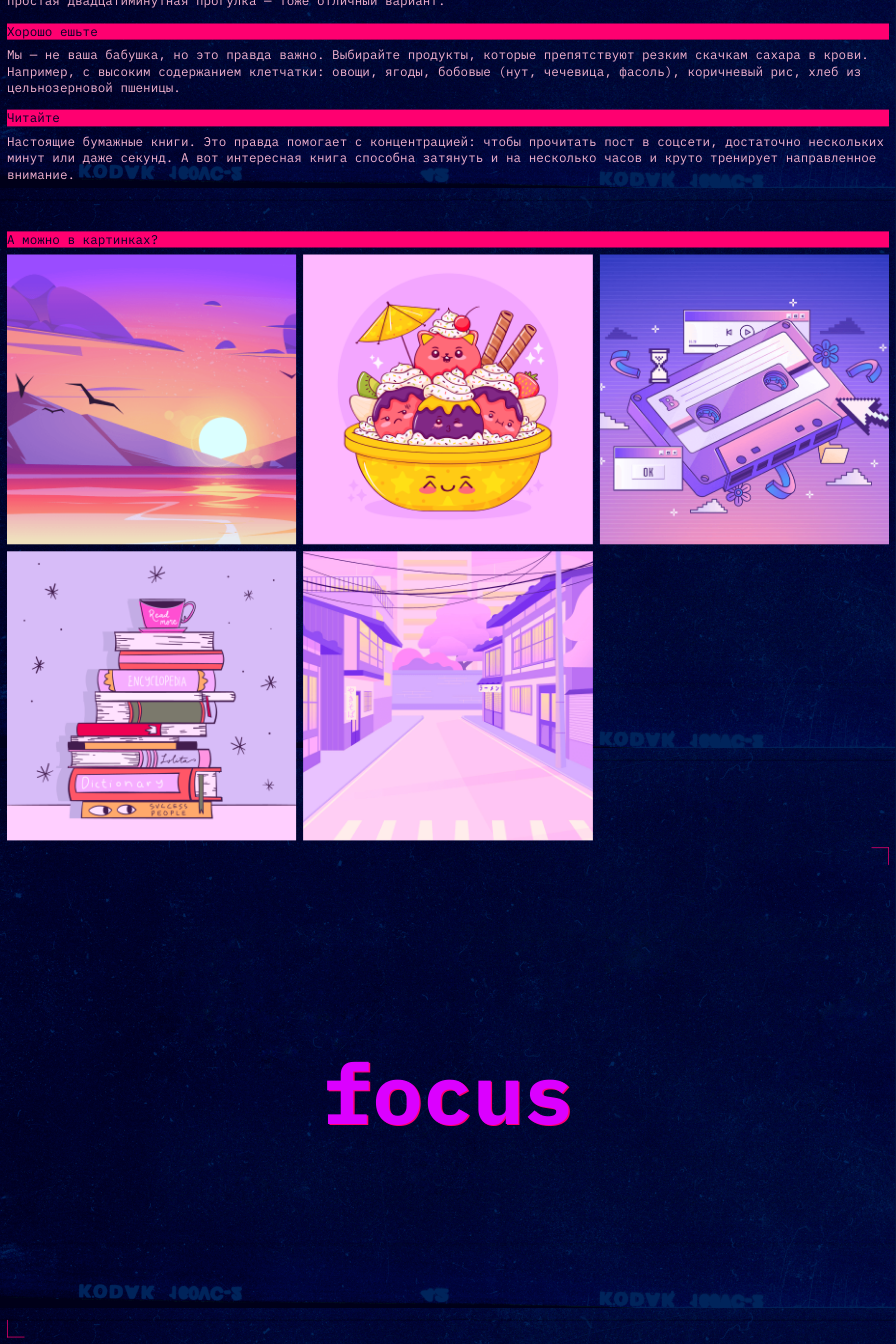
Repository: NikWolf75/slozhno-sosredotochitsya-fd
Page: index.html
These files come from the project's save history. The page is drawn as it stood at one moment and after the next save; the edit follows.
The browser window is 1280 px wide. The pictures show the part of the page from y = 2132 to 4052 px (the page is 4052 px tall), at 70% of full size.
Backgrounds fixed to the window are drawn as part of the page.

Above is the page before, as saved 2025-02-27 12:15:11.

### index.html
<!DOCTYPE html>
<html lang="ru">
  <head>
    <meta charset="UTF-8" />
    <meta http-equiv="X-UA-Compatible" content="IE=edge" />
    <meta name="viewport" content="width=device-width, initial-scale=1.0" />
    <meta name="color-scheme" content="dark light" />
    <link rel="stylesheet" href="/fonts/fonts.css" />
    <link rel="stylesheet" href="/styles/globals.css" />
    <link rel="stylesheet" href="/styles/variables.css" />
    <link rel="stylesheet" href="/styles/style.css" />
    <link rel="stylesheet" href="/styles/dark.css" />
    <link rel="stylesheet" href="/styles/light.css" />
    <link rel="icon" href="image/favicon.ico" />
    <title>Сложно сосредоточиться</title>
    <script src="./scripts/script.js"></script>
  </head>
  <body class="page">
    <div class="rec_element" aria-hidden="true"></div>
    <header class="header decorated-zone">
      <nav class="header__theme-menu">
        <ul class="header__theme-menu-list">
          <li class="header__theme-menu-item">
            <button
              class="header__theme-menu-button header__theme-menu-button_type_light"
            >
              День
            </button>
          </li>
          <li class="header__theme-menu-item">
            <button
              class="header__theme-menu-button header__theme-menu-button_active header__theme-menu-button_type_auto"
              disabled
            >
              Авто
            </button>
          </li>
          <li class="header__theme-menu-item">
            <button
              class="header__theme-menu-button header__theme-menu-button_type_dark"
            >
              Неон
            </button>
          </li>
        </ul>
      </nav>
      <h1 class="header__title">no focus</h1>
      <div class="header__undertitle title-decor">
        <p>Что делать, когда не можешь делать ничего</p>
        <p>
          Или почему нам так сложно сконцентрироваться, особенно когда очень
          надо
        </p>
      </div>
    </header>
    <main class="content">
      <section class="content__section content__why">
        <h2 class="content__section-title"> Почему сосредоточиться так сложно
        </h2>
        <article class="content__section-text_block">
          <h3 class="content__section-text_block-undertitle title-decor">
            Многозадачность
          </h3>
          <p class="content__section-text_block-text">
            Особенно сложно сосредоточиться, когда задач много и все они —
            важные. Где же легендарная многозадачность, когда она так нужна вам
            (и всем нанимающим менеджерам этого мира)? А дело в том, что её
            просто не существует. Исследователи
            <a class="link-text" href="#0">выяснили</a>,
            что мозгу тяжело концентрироваться даже на двух делах одновременно.
            А когда в поле внимания попадает несколько важных задач, организм
            паникует и выделяет кортизол и адреналин — «гормоны стресса».
            Из-за этого мы работаем невнимательно: ошибаемся и быстро устаём.
          </p>
        </article>
        <article class="content__section-text_block">
          <h3 class="content__section-text_block-undertitle title-decor">
            Дофамин
          </h3>
          <p class="content__section-text_block-text">
            С гормонами стресса всё понятно, но дальше — ещё интереснее. В нашей
            невозможности сосредоточиться замешана и полная противоположность
            стрессу — дофамин. Это вещество участвует в системе вознаграждения
            мозга. Причём тут он? Мы часто отвлекаемся от важной задачи на
            что-то более «приятное» для мозгов. Например, смотрим лайки в
            соцсетях. В это время и выделяется дофамин — и мы чувствуем
            удовольствие. Получается замкнутый круг: чем больше отвлекаешься,
            тем больше удовольствия получаешь.
          </p>
        </article>
      </section>
      <section class="content__section content__what">
        <h2 class="content__section-title">
          Что снижает концентрацию внимания?
        </h2>
        <article class="content__section-text_block">
          <h3 class="content__section-text_block-undertitle title-decor">
            Многозадачность
          </h3>
          <p class="content__section-item-text">
            Как концентрация может снижаться из-за… концентрации? Любая
            стрессовая ситуация (и резко меняющийся мир в целом) заставляет наш
            мозг постоянно «сканировать» окружающую среду на предмет опасности.
            Например, читать новости вместо работы. Но быть собранными всё время
            — невозможно. Концентрация — мышца, и она может не выдержать, если
            не давать ей отдохнуть.
          </p>
        </article>
        <article class="content__section-text_block">
          <h3 class="content__section-text_block-undertitle title-decor">
            Еда
          </h3>
          <p class="content__section-text_block-text">
            «Быстрые углеводы» — сахар, белый хлеб, сладости — молниеносно
            доставляют в мозг энергию и помогают ему лучше работать. Но уходит
            эта энергия также быстро, как и приходит. А мы в результате попадаем
            на «углеводные качели»: как только действие «быстрых углеводов»
            заканчивается, мы чувствуем усталость и сонливость. И хотим ещё
            больше быстрых углеводов.
          </p>
        </article>
        <article class="content__section-text_block">
          <h3 class="content__section-text_block-undertitle title-decor">
            Гаджеты
          </h3>
          <p class="content__section-text_block-text">
            Да-да, это та самая ситуация, когда на экране ноутбука — код, в
            наушниках — подкаст, а на компьютере фоном — ещё и видео с забавными
            утятами. В результате мозг пытается переключиться с одной задачи на
            другую — и просто не может. А чтобы вернуться к состоянию полной
            концентрации, человеку в среднем нужно 20 минут. Вот и получается,
            что чем больше времени мы проводим в гаджетах, тем больше времени
            затем нужно, чтобы вернуться к работе.
          </p>
        </article>
      </section>
      <section class="content__section content_how">
        <h2 class="content__section-title">
          Как концентрироваться лучше, чем золотая рыбка (то есть дольше трёх
          секунд)
        </h2>
        <article class="content__section-text_block">
          <h3
            class="content__section-text_block-undertitle tips-undertitle title-decor"
          >
            5 простых (на самом деле не очень) советов
          </h3>
          <h4 class="content__section-text_block-undertitle title-decor">
            Представьте небо и облака
          </h4>
          <p class="content__section-text_block-text">
            Или листья в ручье. Тут дело в лёгкой медитации, которая помогает
            успокоиться. Ведь часто именно тревожные мысли о сложных задачах как
            раз и мешают эти сложные задачи делать. В такие моменты можно
            закрыть глаза и представить, что чистое небо — это вы, а облака —
            тревожные мысли. И сколько бы их ни было — ясное небо всегда будет
            где-то там, за тучами, и никуда не денется. Это упражнение поможет
            вернуться в настоящий момент, а не волноваться о потенциальных
            проблемах из будущего.
          </p>
        </article>
        <article class="content__section-text_block">
          <h4 class="content__section-text_block-undertitle title-decor">
            Включите музыку
          </h4>
          <p class="content__section-text_block-text">
            Но не любую, и не любимую. Любимая может быть связана с сильными
            положительными эмоциями, которые тоже очень сильно отвлекают.
            Подойдёт тихая, спокойная, умеренно-ритмичная. Можно вообще
            попробовать включить плейлист с «белым шумом» или нейромузыкой.
          </p>
        </article>
        <article class="content__section-text_block">
          <h4 class="content__section-text_block-undertitle title-decor">
            Прогуляйтесь
          </h4>
          <p class="content__section-text_block-text">
            Или даже пробегитесь. Лучше найти парк или лес: один эксперимент
            <a class="link-text" href="#0">показал</a>, что созерцание природы повышает концентрацию, в то время
            как после просмотра городских пейзажей она наоборот понижается.
            Можно совместить прогулку с физическими упражнениями или бегом — так
            в мозг поступит ещё больше кислорода и он будет лучше работать. Но и
            простая двадцатиминутная прогулка — тоже отличный вариант.
          </p>
        </article>
        <article class="content__section-text_block">
          <h4 class="content__section-text_block-undertitle title-decor">
            Хорошо ешьте
          </h4>
          <p class="content__section-text_block-text">
            Мы — не ваша бабушка, но это правда важно. Выбирайте продукты,
            которые препятствуют резким скачкам сахара в крови. Например, с
            высоким содержанием клетчатки: овощи, ягоды, бобовые (нут, чечевица,
            фасоль), коричневый рис, хлеб из цельнозерновой пшеницы.
          </p>
        </article>
        <article class="content__section-text_block">
          <h4 class="content__section-text_block-undertitle title-decor">
            Читайте
          </h4>
          <p class="content__section-text_block-text">
            Настоящие бумажные книги. Это правда помогает с концентрацией: чтобы
            прочитать пост в соцсети, достаточно нескольких минут или даже
            секунд. А вот интересная книга способна затянуть и на несколько
            часов и круто тренирует направленное внимание.
          </p>
        </article>
      </section>
      <section class="content__section content__gallery">
        <h2 class="content__section-text_block-undertitle title-decor">
          А можно в картинках?
        </h2>
        <div class="content__section-images_gallery">
          <img
            class="content__section-image"
            src="./images/sunset.png"
            alt="Вид острова на закате"
            loading="lazy"
          />
          <img
            class="content__section-image"
            src="./images/ice-cream.png"
            alt="Чаша с мороженным"
            loading="lazy"
          />
          <img
            class="content__section-image"
            src="./images/tape.png"
            alt="Кассета"
            loading="lazy"
          />
          <img
            class="content__section-image"
            src="./images/books.png"
            alt="Стопка книг"
            loading="lazy"
          />
          <img
            class="content__section-image"
            src="./images/street.png"
            alt="Улица"
            loading="lazy"
          />
        </div>
      </section>
    </main>
    <footer class="footer decorated-zone">
      <h2 class="footer__title">focus</h2>
    </footer>
  </body>
</html>

### styles/variables.css
:root {
  --title-color: #ff0070;
  --main-font: 'IBM Plex mono';
  --main-font-size: 18px;
  --title-font-weight: 700;
  --text-font-weight: 400;
  --main-padding-small: 10px;
}

### styles/style.css
.page {
  font-family: var(--main-font, 'IBM Plex mono');
  font-size: var(--main-font-size, 18px);
  block-size: min-content;
  position: relative;
  font-weight: 400;
  background-color: var(--main-background-color, #000028 );
  background-image: var(--main-background-image, url("../images/cover-image-dark.png"));
  background-repeat: no-repeat;
  background-attachment: fixed;
  background-position: center;
  background-size: cover;
  line-height: 1.3em;
  color: var(--main-font-color, #F1B2CE);
 }

.decorated-zone {
  position: relative;
}

.decorated-zone::after,
.decorated-zone::before {
  position: absolute;
  inline-size: 25px;
  block-size: 25px;
  content: "";
  border: 1px solid var(--corner-color);
}

.decorated-zone::after {
  bottom: 10px;
  left: 10px;
  border-bottom: 1px solid var(--rectangle-color, #ff0070);
  border-left: 1px solid var(--rectangle-color, #ff0070);
}

.decorated-zone::before {
  top: 10px;
  right: 10px;
  border-top: 1px solid var(--rectangle-color, #ff0070);
  border-right: 1px solid var(--rectangle-color, #ff0070);
}

.rec_element {
  position: absolute;
  display: flex;
  align-items: center;
  justify-content: center;
  top: 10px;
  right: 20px;
  color: var(--rec-theme-color, #ff0070);
  gap: 10px;
}

.rec_element:before {
  content: "REC";
}

.rec_element:after {
  display: block;
  content: "";
  border-radius: 50%;
  background: var(--accent-color, #ff0070);
  width: 10px;
  height: 10px;
  box-shadow: 0 0 4px 2px var(--accent-color, #ff0070)
}

.header {
  display: grid;
  grid-template-columns: 1fr;
  grid-template-rows: 1fr min-content 1fr;
  align-items: center;
  position: relative;
  block-size: min(668px, 100vh);
  padding: var(--main-padding-small, 10px);
  margin-block-end: 40px;
 }

.header__theme-menu-list {
  display: flex;
  flex-direction: column;
  align-items: end;
  block-size: 100%;
  row-gap: 10px;
}

.header__theme-menu-button {
  text-align: center;
  background: transparent;
  color: var(--button-text-color);
  border: none;
  text-transform: lowercase;
  padding-right: 13px;
  padding-left: 13px;
}

.header__theme-menu-bitton:hover {
  outline: 1px solid var(--button-outline-color)
}

.header__theme-menu-button_active {
  outline: 1px solid var(--button-theme-color, #ff0070);
}

.header__theme-menu-button:focus {
  outline: none;
  text-decoration: underline;
}

.header__title {
  font-size: clamp(7.25rem, 7.0115rem + 1.0178vw, 7.5rem);
  line-height: 83%;
  color: var(--accent-color-title, #db00ff);
  text-shadow: 4px 4px 0 var(--accent-color, #ff0070);
  cursor: default;
}

.header__undertitle {
  font-size: var(--main-font), monospace;
  font-weight: var(--title-font-weight, 700);
  border-bottom: none;
  border-left: none;
}

.title-decor {
  color: var(--undertitle-color, #000028);
  background-color: var(--title-color, #ff0070);
}

.content {
  display: grid;
  padding: 0 var(--main-padding-small, 10px);
  grid-template-columns: 1fr;
  gap: 50px;
}

.content__section {
  display: grid;
  grid-template-columns: 1fr;
  row-gap: 20px;
}

.content__section-title {
  justify-self: start;
  color: var(--title-color, #ff0070);
}

.content__section-text_block-undertitle,
.content__section-title {
  font-size: var(--main-font-size, 18px);
  font-weight: var(--title-font-weight, 700);
}

.content__section-text_block-undertitle {
  margin-block-end: 10px;
  height: min-content;
}

.content__section-text_block-text {
  font-weight: var(--text-font-weight, 400);
}

.link-text {
  text-decoration: none;
  text-shadow: 2px 1px var(--accent-color, #ff0070);
}

.link-text:hover {
  cursor: pointer;
  border-block-end: 1px solid currentColor;
}

.link-text:focus-visible {
  border: 1px solid currentColor;
}

.content_how,
.tips-undertitle {
  font-weight: var(--title-font-weight, 400);
  margin-block-end: 20px;
}

.content__how,
.content__section-text_block-undertitle {
  font-weight: 400;
}

.content__gallery {
  gap: 0;
}

.content__section-images_gallery {
  display: grid;
  grid-template-columns: repeat(auto-fill, minmax(355px, 1fr));
  gap: 10px;
  inline-size: 100%;
}

.content__section-image {
  inline-size: 100%;
  object-fit: cover;
  block-size: 100%;
}

.footer {
  display: grid;
  height: 100vh;
  grid-template-columns: 1fr;
  grid-template-rows: 1fr ;
}

.footer__title {
  font-size: var(--title-font-size-small, clamp(7.25rem, 7.0115rem + 1.0178vw, 7.5rem));
  font-weight: var(--title-font-weight, 700);
  line-height: 95.7%;
  align-self: center;
  cursor: default;
  color: var(--accent-color-title, #db00ff);
  text-shadow: 2px 2px 0 var(--accent-color, #ff0070);
  justify-self: center;

}

### scripts/script.js
(function initTheme() {
  const theme = localStorage.getItem('theme');
  if (theme) {
    setTheme(theme);
  }
})();

document.addEventListener('DOMContentLoaded', () => {
  const currentTheme = [...document.documentElement.classList]
    .find((cn) => cn.startsWith('theme-'))
    ?.replace('theme-', '');
  const themeButtons = [
    ...document.querySelectorAll('.header__theme-menu-button'),
  ];
  setActiveButton(themeButtons, currentTheme);

  themeButtons.forEach((button) => {
    button.addEventListener('click', () => {
      const chosenTheme = [...button.classList]
        .find((cn) => cn.includes('_type_'))
        .split('_type_')[1];
      setTheme(chosenTheme);
      setActiveButton(themeButtons, chosenTheme);
    });
  });
});

function setTheme(theme) {
  document.documentElement.className = '';
  document.documentElement.classList.add(`theme-${theme}`);
  localStorage.setItem('theme', theme);
}

function setActiveButton(buttonsArray, theme) {
  buttonsArray.forEach((button) => {
    button.classList.remove('header__theme-menu-button_active');
    button.removeAttribute('disabled');
  });
  const target = buttonsArray.find((button) =>
    button.classList.contains(`header__theme-menu-button_type_${theme}`)
  );
  if (target) {
    target.classList.add('header__theme-menu-button_active');
    target.setAttribute('disabled', true);
  } else {
    const autoButton = document.querySelector(
      '.header__theme-menu-button_type_auto'
    );
    autoButton.classList.add('header__theme-menu-button_active');
    autoButton.setAttribute('disabled', true);
  }
}

Loaded but not shown: fonts/fonts.css (common file); styles/globals.css (common file); styles/dark.css (common file); styles/light.css (common file)

After the next save:
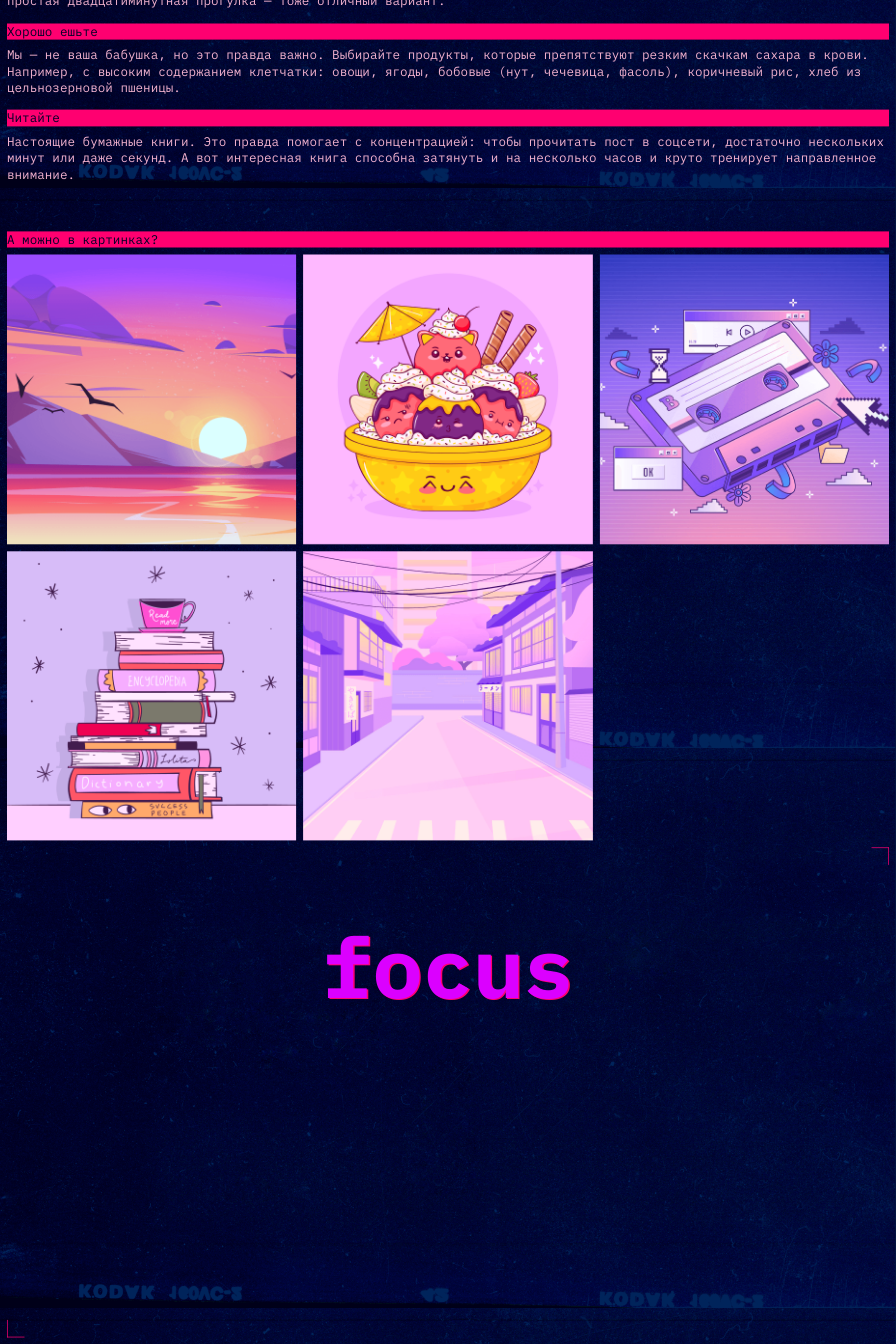
Saved 4 s later.
--- a/styles/style.css
+++ b/styles/style.css
@@ -207,7 +207,7 @@
   display: grid;
   height: 100vh;
   grid-template-columns: 1fr;
-  grid-template-rows: 1fr ;
+  grid-template-rows: 1fr min-content 1fr;
 }
 
 .footer__title {
